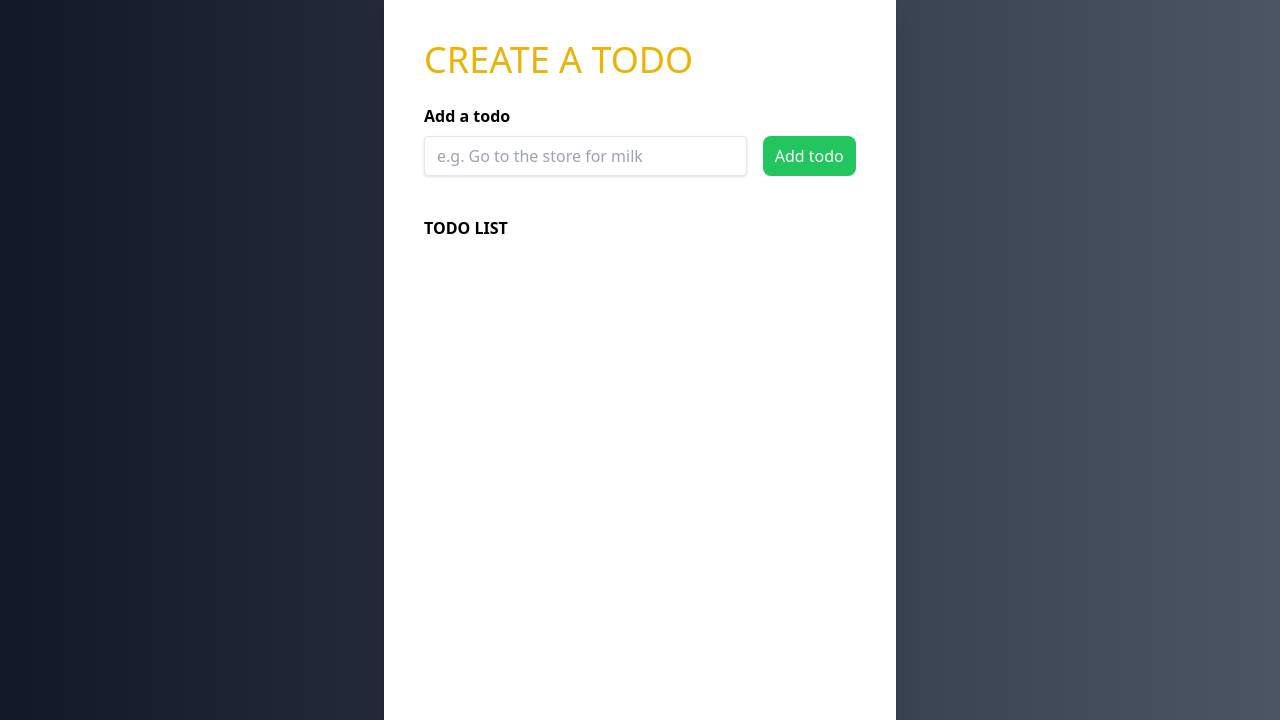
Repository: Kajo-lab/vue-todo
Page: /
The author's editor kept a copy of each file at every save. The page is drawn from the files as they stood at one save, then again after the next save.
The browser window is 1280 px wide. The pictures show the whole page.
The project was rebuilt for these pictures with package versions that can differ from the ones it lists, and the page was loaded fresh each time. Also part of the build but not shown: vite.config.js, webpack.config.js.

Above is the page before, as saved 2022-07-07 19:19:33.

### src/main.js
import { createApp } from 'vue'
import App from './App.vue'
import "./assets/tailwind.css";

createApp(App).mount('#app')

### src/App.vue
<script setup>
import { ref, onMounted, computed, watch } from 'vue'

const todos = ref([])
const name = ref('')

const input_content = ref('')

const todos_asc = computed(() => todos.value.sort((a,b) =>{
	return a.createdAt - b.createdAt
}))

watch(name, (newVal) => {
	localStorage.setItem('name', newVal)
})

watch(todos, (newVal) => {
	localStorage.setItem('todos', JSON.stringify(newVal))
}, {
	deep: true
})

const addTodo = () => {
  if (input_content.value.trim() === '') {
    return
  }

	todos.value.push({
		content: input_content.value,
		done: false,
		editable: false,
		createdAt: new Date().getTime()
	})

	input_content.value = ''
}

const removeTodo = (todo) => {
	todos.value = todos.value.filter((t) => t !== todo)
}

onMounted(() => {
	name.value = localStorage.getItem('name') || ''
	todos.value = JSON.parse(localStorage.getItem('todos')) || []
})
</script>

<template>

<main class="bg-gradient-to-b from-gray-900 to-gray-600 bg-gradient-to-r">
	<div class="relative min-h-screen bg-white px-6 pt-10 pb-8 shadow-xl ring-1 ring-gray-900/5 sm:mx-auto sm:max-w-lg sm:px-10">
		<section class="mb-10">
		<h1 class="text-4xl text-yellow-500 mb-6">CREATE A TODO</h1>
				<h3 class="mb-2 font-bold">Add a todo</h3>
				<form id="new-todo-form" class="flex-none sm:flex" @submit.prevent="addTodo">
					<input
						class="shadow appearance-none border rounded w-full py-2 px-3 text-gray-700 leading-tight focus:outline-none focus:shadow-outline"
						type="text"
						name="content"
						id="content"
						placeholder="e.g. Go to the store for milk"
						v-model="input_content" />

					<button type="submit" class="h-10 w-full sm:w-32 text-white rounded-lg bg-green-500 hover:bg-green-600 mt-4 sm:mt-0 ml-0 sm:ml-4">Add todo</button>
				</form>
		</section>

		<section>
				<h3 class="mb-2 font-bold">TODO LIST</h3>
				<div id="todo-list">

					<div v-for="todo in todos_asc" :class="`todo-item ${todo.done && 'done'}`">
						<div class="flex-none sm:flex todo-content items-center py-2">
							<div class="flex w-full shadow appearance-none border-none rounded py-2 px-3  ">
								<label>
									<input type="checkbox" v-model="todo.done" class="bg-gray-200 hover:bg-gray-300 cursor-pointer
											w-6 h-6 border-3 border-amber-500 checked:bg-green-500 focus:outline-none rounded-full"/>
								</label>
									<input
									class="w-full appearance-none border-none rounded text-gray-700 leading-tight focus:outline-none focus:shadow-outline"
									type="text"
									v-model="todo.content" />
							</div>
							<button class="h-10 w-full sm:w-20 text-white rounded-lg bg-red-500 hover:bg-red-600 my-4 sm:my-0 ml-0 sm:ml-4" @click="removeTodo(todo)">Delete</button>
						</div>
					</div>

				</div>
		</section>
	</div>
</main>

</template>

<style src="./assets/tailwind.css"></style>

### src/assets/tailwind.css
@tailwind base;
@tailwind components;
@tailwind utilities;

.bubble {
	display: flex;
	align-items: center;
	justify-content: center;
	width: 20px;
	height: 20px;
	border-radius: 50%;
	border: 2px solid var(--business);
	box-shadow: var(--business-glow);
}


.todo-item label {
    @apply block mr-4 cursor-pointer ;
}


.todo-item.done .todo-content input {
    @apply line-through text-green-700;
}

Loaded but not shown: tailwind.config.js (common file)

After the next save:
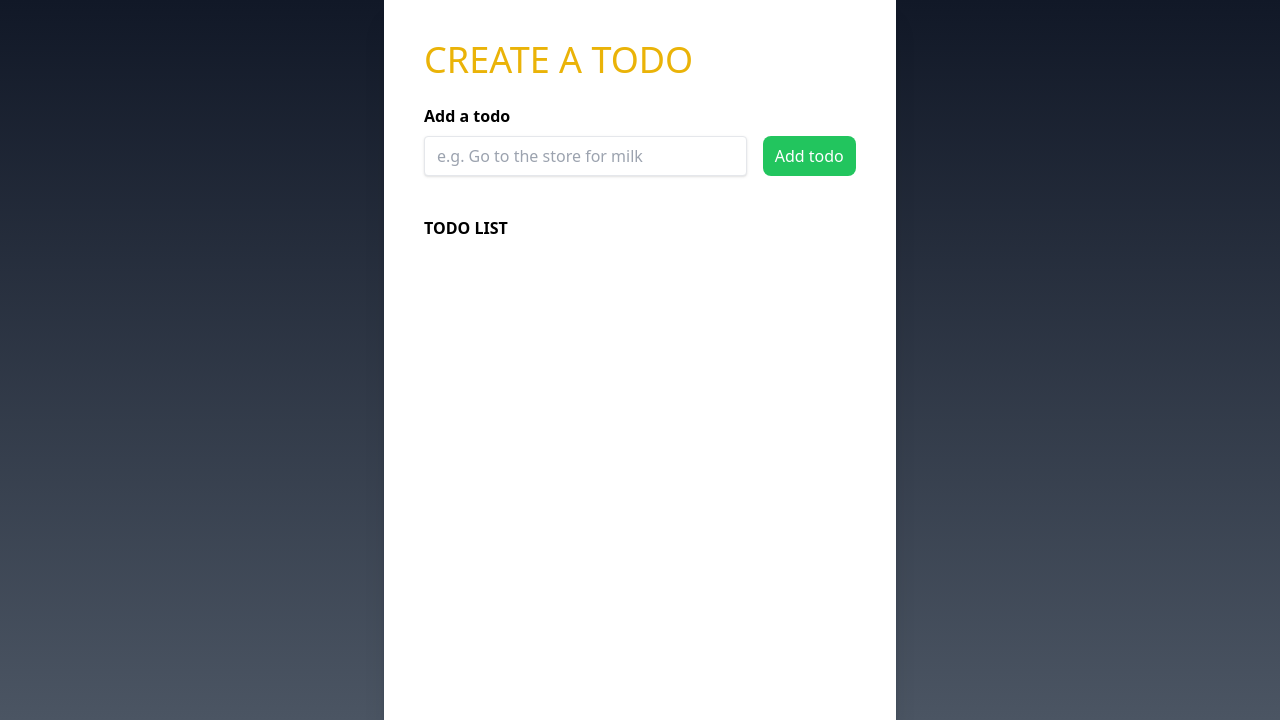
Saved 104 s later.
--- a/src/App.vue
+++ b/src/App.vue
@@ -47,7 +47,7 @@
 
 <template>
 
-<main class="bg-gradient-to-b from-gray-900 to-gray-600 bg-gradient-to-r">
+<main class="bg-gradient-to-b from-gray-900 to-gray-600 after:bg-gradient-to-r">
 	<div class="relative min-h-screen bg-white px-6 pt-10 pb-8 shadow-xl ring-1 ring-gray-900/5 sm:mx-auto sm:max-w-lg sm:px-10">
 		<section class="mb-10">
 		<h1 class="text-4xl text-yellow-500 mb-6">CREATE A TODO</h1>

After the save that followed:
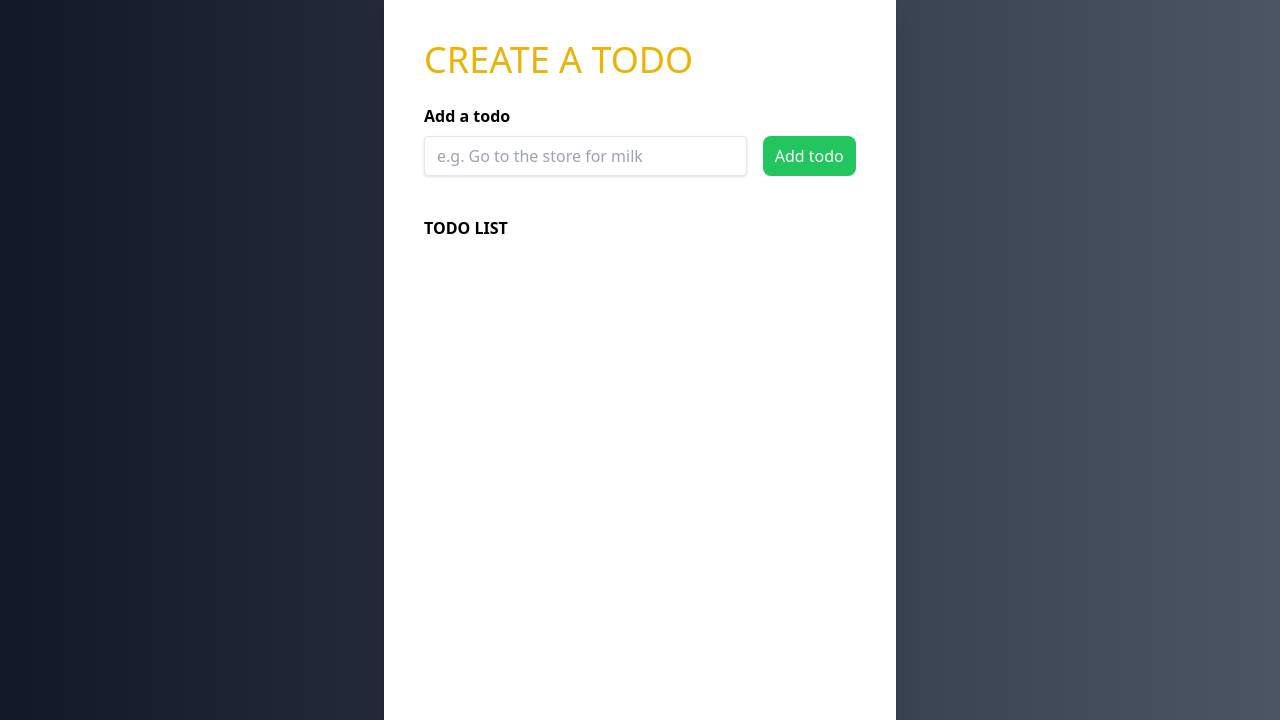
Saved 4 s later.
--- a/src/App.vue
+++ b/src/App.vue
@@ -47,7 +47,7 @@
 
 <template>
 
-<main class="bg-gradient-to-b from-gray-900 to-gray-600 after:bg-gradient-to-r">
+<main class="bg-gradient-to-b from-gray-900 to-gray-600 bg-gradient-to-r">
 	<div class="relative min-h-screen bg-white px-6 pt-10 pb-8 shadow-xl ring-1 ring-gray-900/5 sm:mx-auto sm:max-w-lg sm:px-10">
 		<section class="mb-10">
 		<h1 class="text-4xl text-yellow-500 mb-6">CREATE A TODO</h1>
